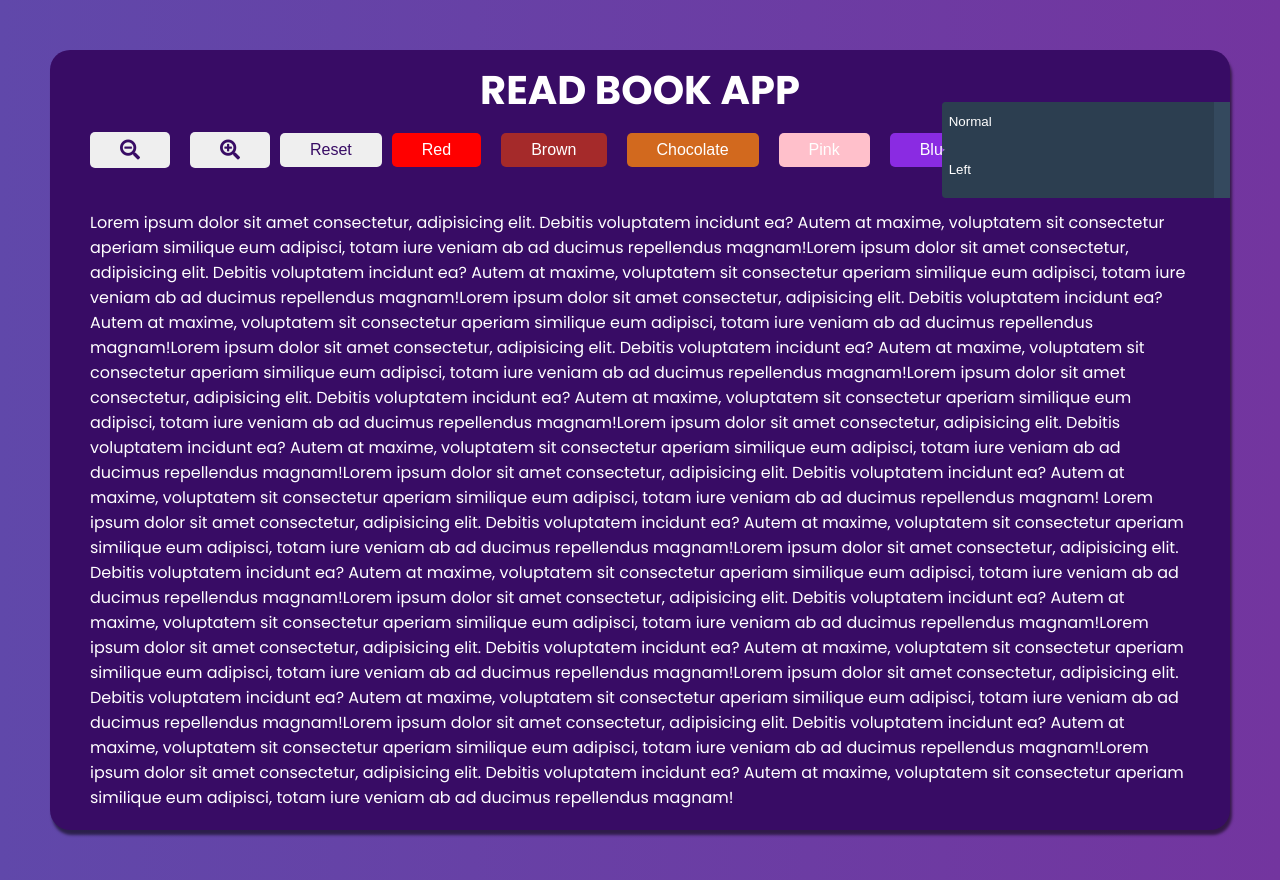
Repository: dinhconglam2306/frontend_tu_xa
Page: b09/02-reading-info/index.html
These files come from the project's save history. The page is drawn as it stood at one moment and after the next save; the edit follows.
The browser window is 1280 px wide. The pictures show the whole page.
Some web libraries are served in a nearby version. The style sheet was rebuilt from its Sass, Less or Tailwind sources for each picture, by a compiler version that may differ from the author's.

Above is the page before, as saved 2021-04-25 07:36:12.

### b09/02-reading-info/index.html
<!DOCTYPE html>
<html lang="en">
  <head>
    <meta charset="UTF-8" />
    <meta http-equiv="X-UA-Compatible" content="IE=edge" />
    <meta name="viewport" content="width=device-width, initial-scale=1.0" />
    <title>Document</title>
    <link rel="stylesheet" href="css/style.css" />
    <link
      rel="stylesheet"
      href="https://pro.fontawesome.com/releases/v5.10.0/css/all.css"
      integrity="sha384-AYmEC3Yw5cVb3ZcuHtOA93w35dYTsvhLPVnYs9eStHfGJvOvKxVfELGroGkvsg+p"
      crossorigin="anonymous"
    />
    <link rel="preconnect" href="https://fonts.gstatic.com" />
    <link
      href="https://fonts.googleapis.com/css2?family=Poppins:wght@100;300;400;500;700&display=swap"
      rel="stylesheet"
    />
  </head>
  <body>
    <div class="app">
      <h1 class="app__title">Read Book App</h1>
      <div class="app-controls">
        <div class="app-controls-zoom">
          <button class="app-controls-zoom__button" data-value="zoom-in">
            <i class="fas fa-search-minus app-controls-zoom__button-icon"></i>
          </button>
          <button class="app-controls-zoom__button" data-value="zoom-out">
            <i class="fas fa-search-plus app-controls-zoom__button-icon"></i>
          </button>
        </div>

        <div class="app-controls-bg">
          <button class="app-controls-bg__reset">Reset</button>
          <button
            class="app-controls-bg__color app-controls-bg__color-red"
            data-color="red"
          >
            Red
          </button>
          <button
            class="app-controls-bg__color app-controls-bg__color-brown"
            data-color="brown"
          >
            Brown
          </button>
          <button
            class="app-controls-bg__color app-controls-bg__color-yellow"
            data-color="chocolate"
          >
            Chocolate
          </button>
          <button
            class="app-controls-bg__color app-controls-bg__color-pink"
            data-color="pink"
          >
            Pink
          </button>
          <button
            class="app-controls-bg__color app-controls-bg__color-blueviolet"
            data-color="blueviolet"
          >
            Blueviolet
          </button>
        </div>
        <div>
          <div class="select">
            <select class="app-controls-select__lineheight select">
              <option value="0.8">Narrow</option>
              <option value="1" selected>Normal</option>
              <option value="2">Large</option>
            </select>
          </div>
          <div class="select">
            <select class="app-controls-select__textalign select">
              <option value="left" selected>Left</option>
              <option value="center">Center</option>
              <option value="right">Right</option>
              <option value="justify">Justify</option>
            </select>
          </div>
        </div>
      </div>
      <div class="app-content" style="font-size: 16px">
        <p>
          Lorem ipsum dolor sit amet consectetur, adipisicing elit. Debitis
          voluptatem incidunt ea? Autem at maxime, voluptatem sit consectetur
          aperiam similique eum adipisci, totam iure veniam ab ad ducimus
          repellendus magnam!Lorem ipsum dolor sit amet consectetur, adipisicing
          elit. Debitis voluptatem incidunt ea? Autem at maxime, voluptatem sit
          consectetur aperiam similique eum adipisci, totam iure veniam ab ad
          ducimus repellendus magnam!Lorem ipsum dolor sit amet consectetur,
          adipisicing elit. Debitis voluptatem incidunt ea? Autem at maxime,
          voluptatem sit consectetur aperiam similique eum adipisci, totam iure
          veniam ab ad ducimus repellendus magnam!Lorem ipsum dolor sit amet
          consectetur, adipisicing elit. Debitis voluptatem incidunt ea? Autem
          at maxime, voluptatem sit consectetur aperiam similique eum adipisci,
          totam iure veniam ab ad ducimus repellendus magnam!Lorem ipsum dolor
          sit amet consectetur, adipisicing elit. Debitis voluptatem incidunt
          ea? Autem at maxime, voluptatem sit consectetur aperiam similique eum
          adipisci, totam iure veniam ab ad ducimus repellendus magnam!Lorem
          ipsum dolor sit amet consectetur, adipisicing elit. Debitis voluptatem
          incidunt ea? Autem at maxime, voluptatem sit consectetur aperiam
          similique eum adipisci, totam iure veniam ab ad ducimus repellendus
          magnam!Lorem ipsum dolor sit amet consectetur, adipisicing elit.
          Debitis voluptatem incidunt ea? Autem at maxime, voluptatem sit
          consectetur aperiam similique eum adipisci, totam iure veniam ab ad
          ducimus repellendus magnam! Lorem ipsum dolor sit amet consectetur,
          adipisicing elit. Debitis voluptatem incidunt ea? Autem at maxime,
          voluptatem sit consectetur aperiam similique eum adipisci, totam iure
          veniam ab ad ducimus repellendus magnam!Lorem ipsum dolor sit amet
          consectetur, adipisicing elit. Debitis voluptatem incidunt ea? Autem
          at maxime, voluptatem sit consectetur aperiam similique eum adipisci,
          totam iure veniam ab ad ducimus repellendus magnam!Lorem ipsum dolor
          sit amet consectetur, adipisicing elit. Debitis voluptatem incidunt
          ea? Autem at maxime, voluptatem sit consectetur aperiam similique eum
          adipisci, totam iure veniam ab ad ducimus repellendus magnam!Lorem
          ipsum dolor sit amet consectetur, adipisicing elit. Debitis voluptatem
          incidunt ea? Autem at maxime, voluptatem sit consectetur aperiam
          similique eum adipisci, totam iure veniam ab ad ducimus repellendus
          magnam!Lorem ipsum dolor sit amet consectetur, adipisicing elit.
          Debitis voluptatem incidunt ea? Autem at maxime, voluptatem sit
          consectetur aperiam similique eum adipisci, totam iure veniam ab ad
          ducimus repellendus magnam!Lorem ipsum dolor sit amet consectetur,
          adipisicing elit. Debitis voluptatem incidunt ea? Autem at maxime,
          voluptatem sit consectetur aperiam similique eum adipisci, totam iure
          veniam ab ad ducimus repellendus magnam!Lorem ipsum dolor sit amet
          consectetur, adipisicing elit. Debitis voluptatem incidunt ea? Autem
          at maxime, voluptatem sit consectetur aperiam similique eum adipisci,
          totam iure veniam ab ad ducimus repellendus magnam!
        </p>
      </div>
    </div>
    <script src="js/jquery-3.6.0.min.js"></script>
    <script src="js/main.js"></script>
  </body>
</html>

### b09/02-reading-info/js/main.js
$(document).ready(function () {
  let areaContent = $(".app-content");
  let btnZoom = $(".app-controls-zoom__button");
  let btnColor = $(".app-controls-bg__color");
  let selectLineheight = $(".app-controls-select__lineheight");
  let textAlign = $(".app-controls-select__textalign");

  let config = JSON.parse(localStorage.getItem("READING_INFO"));
  if (config) {
    areaContent.css("background-color", config.bgColor);
    areaContent.css("font-size", config.fontSize + "px");
    areaContent.css("text-align", config.position);
    areaContent.css("line-height", config.lineHeight);
  } else {
    config = {
      bgColor: "#380c65",
      lineHeight: 1,
      position: "right",
      fontSize: 12,
    };
    localStorage.setItem("READING_INFO", JSON.stringify(config));
  }

  /*------------RESET - START---------*/

  $(".app-controls-bg__reset").click(function () {
    // localStorage.removeItem("READING_INFO");
    areaContent.css("background-color", "#380c65");
    areaContent.css("line-height", 1);
    areaContent.css("text-align", "center");
    areaContent.css("font-size", 16);
  });

  /*------------FONTSIZE - START---------*/
  const incrementFontsize = 1;
  btnZoom.on("click", function () {
    let fontSize = parseFloat($(".app-content").css("font-size"));
    let value = $(this).data("value");
    if (value == "zoom-out") {
      fontSize += incrementFontsize;
    } else if (value == "zoom-in") {
      fontSize -= incrementFontsize;
    }
    areaContent.css("font-size", fontSize + "px");
    config.fontSize = fontSize;
    localStorage.setItem("READING_INFO", JSON.stringify(config));
  });
  /*------------FONTSIZE - END---------*/

  /*------------BACKGROUND-COLOR - START---------*/
  btnColor.click(function () {
    let color = $(this).data("color");
    areaContent.css("background-color", color);
    config.bgColor = color;
    localStorage.setItem("READING_INFO", JSON.stringify(config));
  });
  /*------------BACKGROUND-COLOR - END---------*/

  /*------------LINE-HEIGHT - START---------*/
  selectLineheight.change(function () {
    let lineheight = selectLineheight.val();
    areaContent.css("line-height", lineheight);
    config.lineHeight = lineheight;
    localStorage.setItem("READING_INFO", JSON.stringify(config));
  });
  /*------------LINE-HEIGHT - END---------*/

  /*------------TEXT-ALIGN - START---------*/
  textAlign.change(function () {
    let position = textAlign.val();
    areaContent.css("text-align", position);
    config.position = position;
    localStorage.setItem("READING_INFO", JSON.stringify(config));
  });
  /*------------TEXT-ALIGN - END---------*/
});

### b09/02-reading-info/style.scss
@mixin size($width, $height: $width) {
  width: $width;
  height: $height;
}
@mixin flexbox(
  $align: flex-start,
  $justify: flex-start,
  $flex-direction: row,
  $wrap: nowrap
) {
  display: flex;
  align-items: $align;
  justify-content: $justify;
  flex-direction: $flex-direction;
  flex-wrap: $wrap;
}
* {
  margin: 0px;
  padding: 0px;
  box-sizing: border-box;
}
html {
  font-size: 62.5%;
}
body {
  padding: 5rem;
  font-size: 1.6rem;
  font-family: "Poppins", sans-serif;
  font-weight: normal;
  display: flex;
  align-items: center;
  justify-content: center;
  background-image: linear-gradient(to right, #6048aa, #73359f);
}
select {
  -webkit-appearance: none;
  -moz-appearance: none;
  -ms-appearance: none;
  appearance: none;
  outline: 0;
  box-shadow: none;
  border: 0 !important;
  background: #2c3e50;
  background-image: none;
}
select::-ms-expand {
  display: none;
}
a {
  text-decoration: none;
}
img {
  display: block;
  max-width: 100%;
}
.select {
  position: relative;
  display: flex;
  width: 20em;
  height: 3em;
  line-height: 3;
  background: #2c3e50;
  overflow: hidden;
  border-radius: 0.25em;
  margin-right: 2rem;
}
select {
  flex: 1;
  padding: 0 0.5em;
  color: #fff;
  cursor: pointer;
}
.select::after {
  content: "\25BC";
  position: absolute;
  top: 0;
  right: 0;
  padding: 0 1em;
  background: #34495e;
  cursor: pointer;
  pointer-events: none;
  -webkit-transition: 0.25s all ease;
  -o-transition: 0.25s all ease;
  transition: 0.25s all ease;
}
.select:hover::after {
  color: #f39c12;
}
.app {
  display: flex;
  flex-direction: column;
  align-items: center;
  justify-content: center;
  width: 100vw;
  background-color: #380c65;
  overflow: hidden;
  padding: 1rem;
  border-radius: 2rem;
  box-shadow: 2px 5px 3px rgba(0, 0, 0, 0.548);
  &__title {
    color: white;
    font-size: 4rem;
    text-transform: uppercase;
  }
  &-controls {
    display: flex;
    align-items: center;
    justify-content: space-between;
    width: 100%;
    height: 6rem;
    padding: 0 2rem;
    &-zoom {
      width: calc(20% - 1rem);
      display: flex;
      align-items: center;
      &__button {
        padding: 0.8rem 3rem;
        border: 0;
        margin: 1rem;
        border-radius: 0.5rem;
        cursor: pointer;
        display: flex;
        justify-content: center;
        align-items: center;
        color: #380c65;
        &:hover {
          background-color: #6508c2;
          color: white;
        }
        &:active {
          transform: scale(0.98);
        }
        &-icon {
          font-size: 2rem;
        }
      }
    }
    &-bg {
      width: calc(60% - 1rem);
      display: flex;
      align-items: center;
      justify-content: space-between;
      &__reset {
        padding: 0.8rem 3rem;
        border: 0;
        border-radius: 0.5rem;
        cursor: pointer;
        color: #380c65;
        font-size: 1.6rem;
        &:active {
          transform: scale(0.98);
        }
      }
      &__color {
        padding: 0.8rem 3rem;
        border: 0;
        margin: 1rem;
        border-radius: 0.5rem;
        cursor: pointer;
        display: flex;
        justify-content: center;
        align-items: center;
        color: #380c65;
        font-size: 1.6rem;
        &-red {
          background-color: red;
          color: white;
          &:active {
            transform: scale(0.98);
          }
        }
        &-aqua {
          background-color: aqua;
          color: white;
          &:active {
            transform: scale(0.98);
          }
        }
        &-yellow {
          background-color: chocolate;
          color: white;
          &:active {
            transform: scale(0.98);
          }
        }
        &-brown {
          background-color: brown;
          color: white;
          &:active {
            transform: scale(0.98);
          }
        }
        &-pink {
          background-color: pink;
          color: white;
          &:active {
            transform: scale(0.98);
          }
        }
        &-blueviolet {
          background-color: blueviolet;
          color: white;
          &:active {
            transform: scale(0.98);
          }
        }
      }
    }
    &-select {
      width: calc(20% - 1rem);
    }
  }
  &-content {
    color: white;
    padding: 1rem 3rem;
    border-radius: 1rem;
    margin-top: 2rem;
  }
}

Loaded but not shown: b09/02-reading-info/js/jquery-3.6.0.min.js (library)

After the next save:
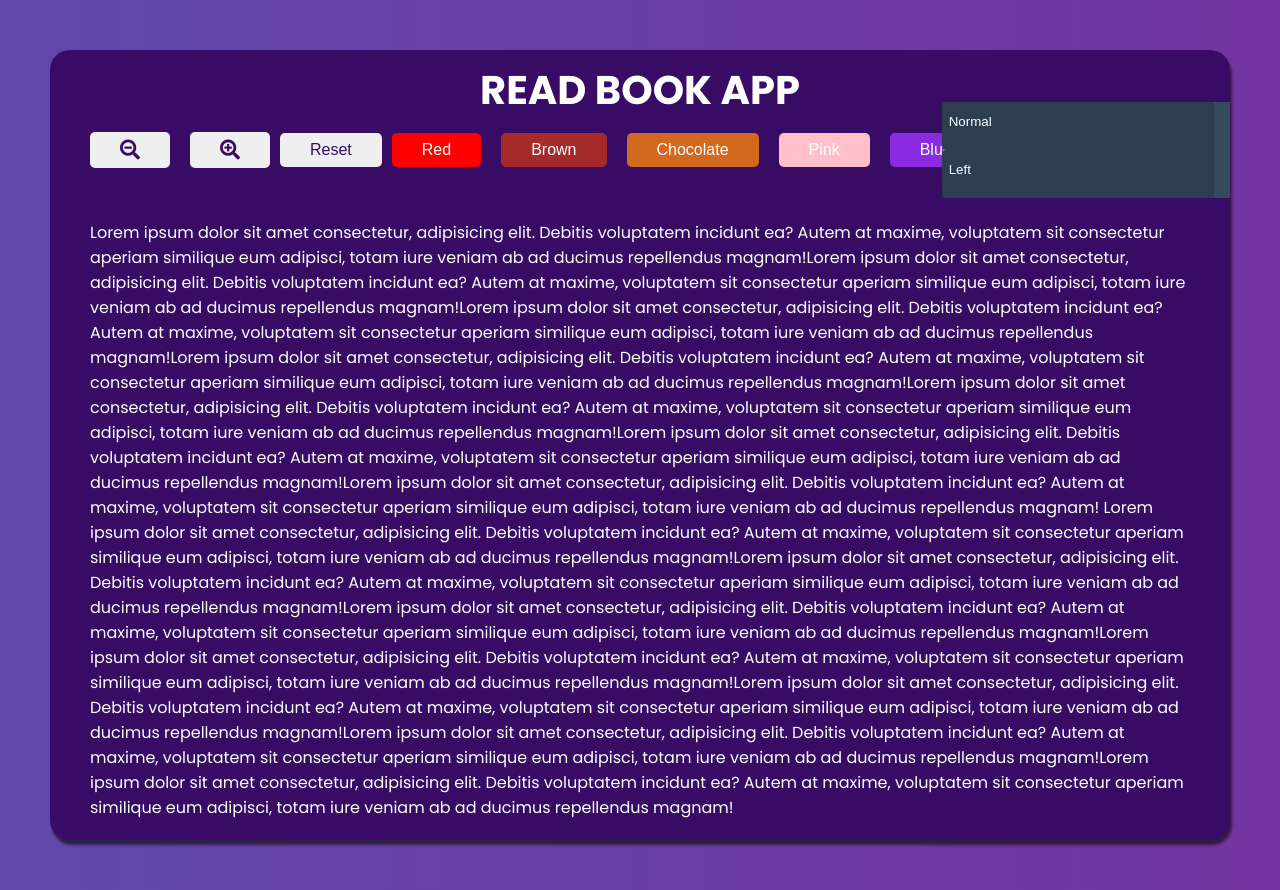
Saved 4 s later.
--- a/b09/02-reading-info/style.scss
+++ b/b09/02-reading-info/style.scss
@@ -214,6 +214,6 @@ select {
     color: white;
     padding: 1rem 3rem;
     border-radius: 1rem;
-    margin-top: 2rem;
+    margin-top: 3rem;
   }
 }
